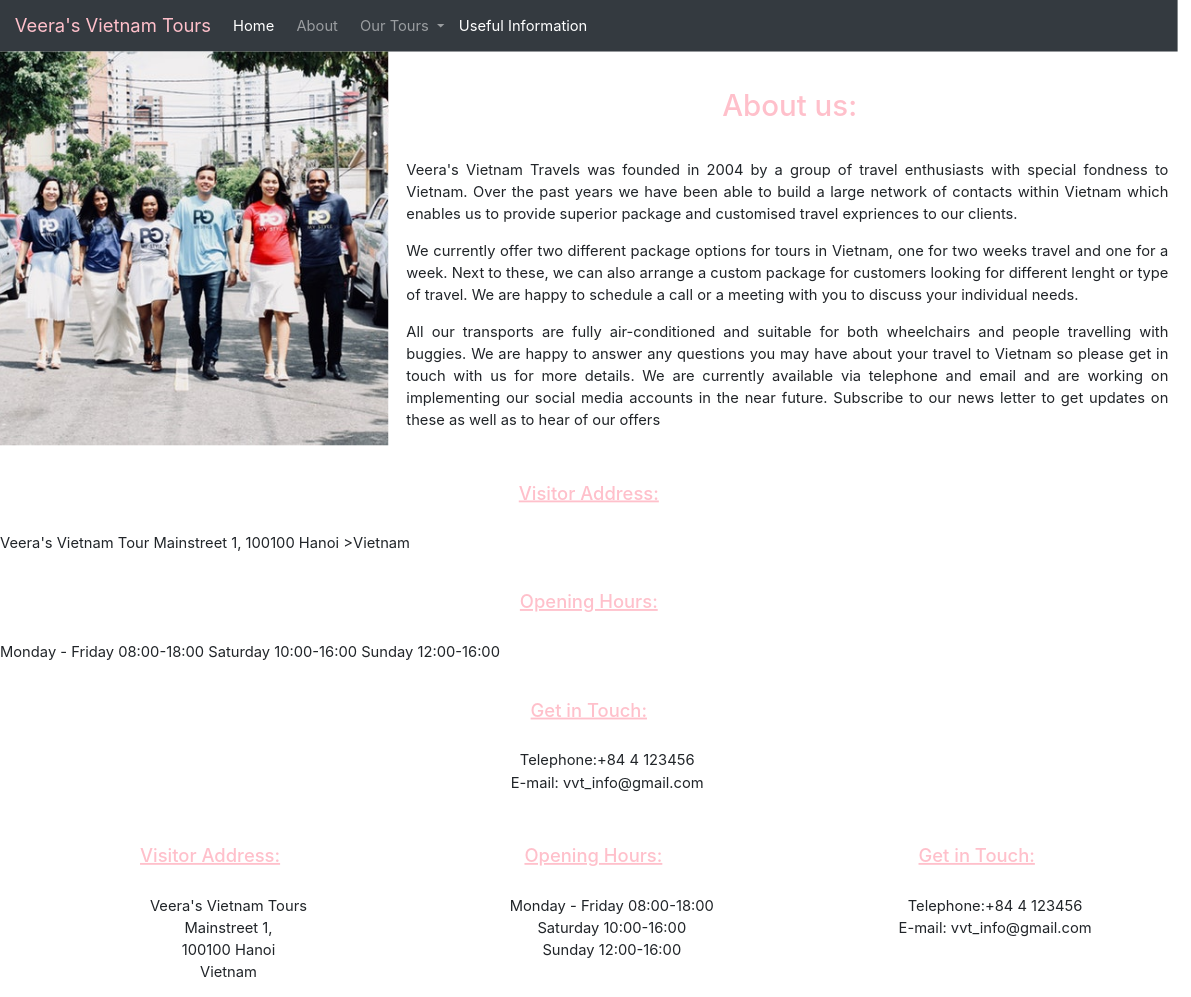
Repository: VAhola/VietnamTour
Page: about.html
The author's editor kept a record of every edit. The page is drawn from the files as they stood at one moment, then again after the next edit.
The browser window is 1280 px wide. The page is 1295 px wide, so the pictures cover 1295 px, including what lies to the right of the window. The pictures show the whole page, at 92% of full size.

Above is the page before.

After the next edit:
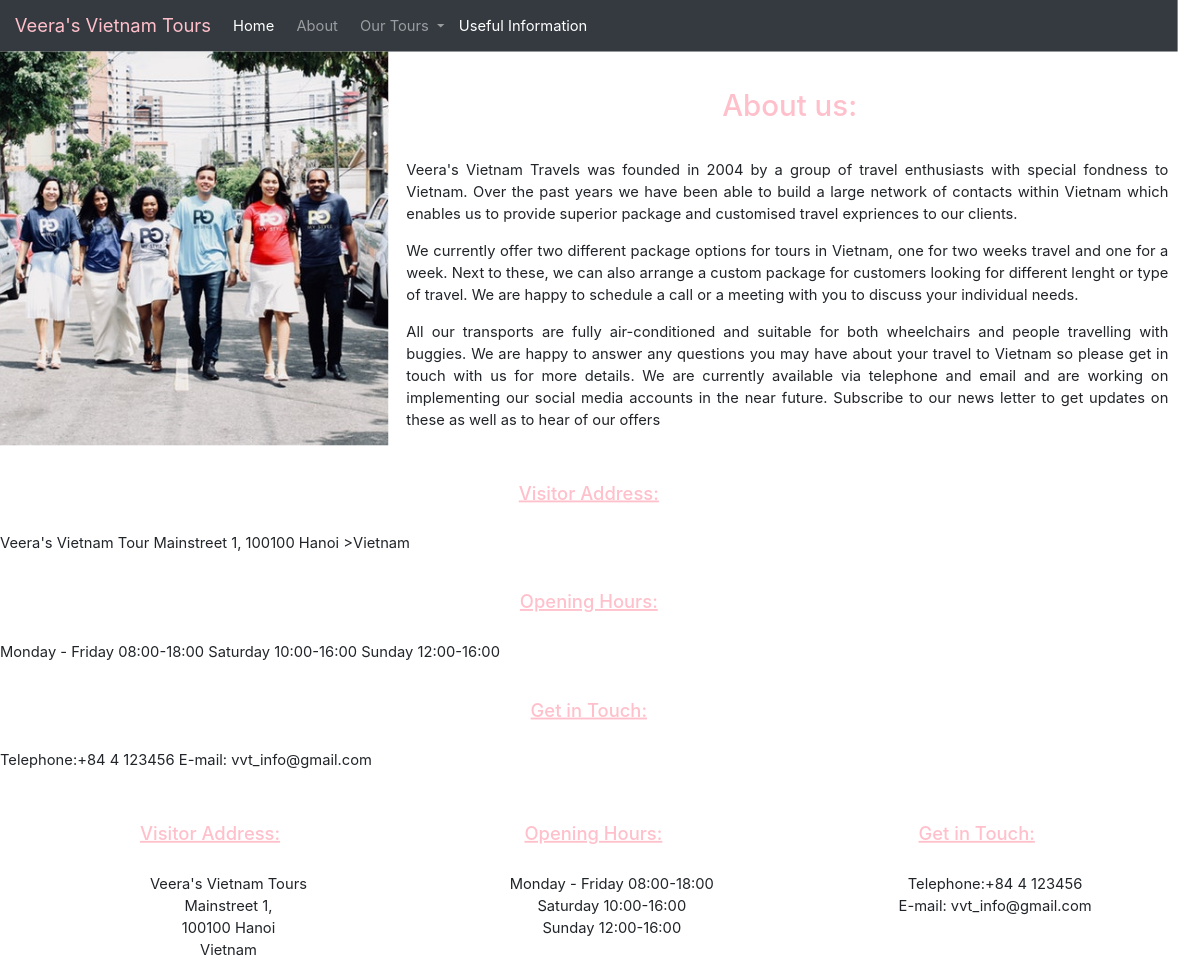
The edit:
--- a/about.html
+++ b/about.html
@@ -83,10 +83,10 @@
 </figure>
 <figure class="gallery__item">
          <h5>Get in Touch:</h5>
-        <ul>
-            <li>Telephone:+84 4 123456</li>
-            <li>E-mail: vvt_info@gmail.com</li>
-        </ul>
+
+            Telephone:+84 4 123456
+            E-mail: vvt_info@gmail.com
+
     </figure>
 
 
